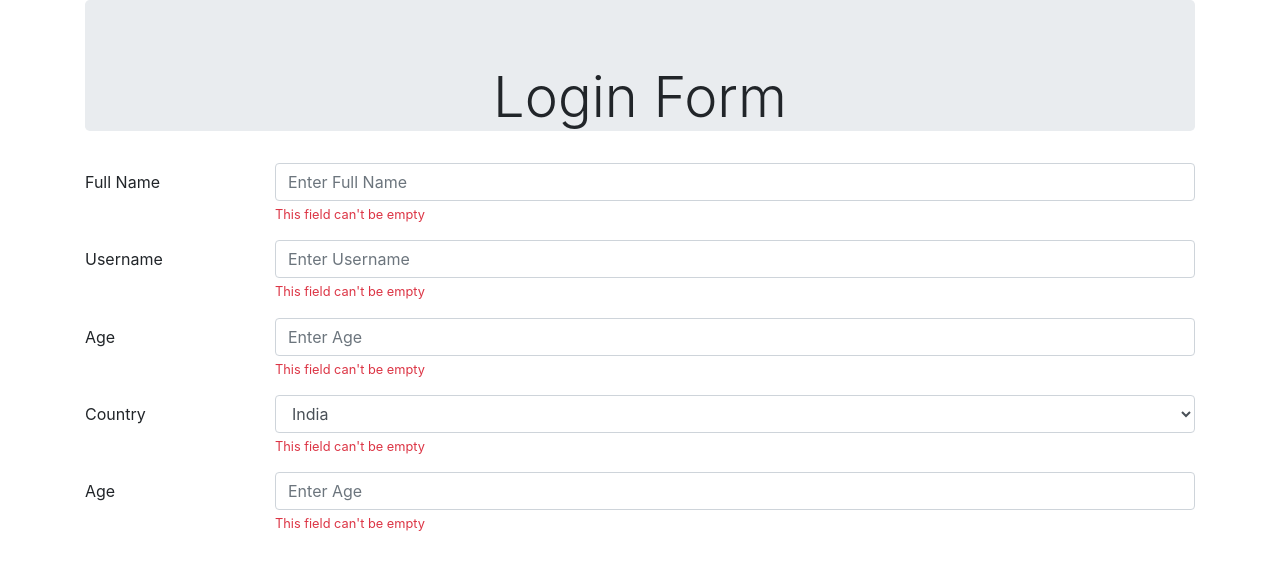
Repository: amar468S/Ng-templateDrivenForm
Page: /
An editor plug-in stored every save of this project. The page is shown before and after the next save, followed by the edit.
The browser window is 1280 px wide. The pictures show the whole page.
Some web libraries are served in a nearby version. The project was rebuilt for these pictures with package versions that can differ from the ones it lists, and the page was loaded fresh each time. Also part of the build but not shown: angular.json.

Above is the page before, as saved 2019-02-03 15:53:07.

After the next save:
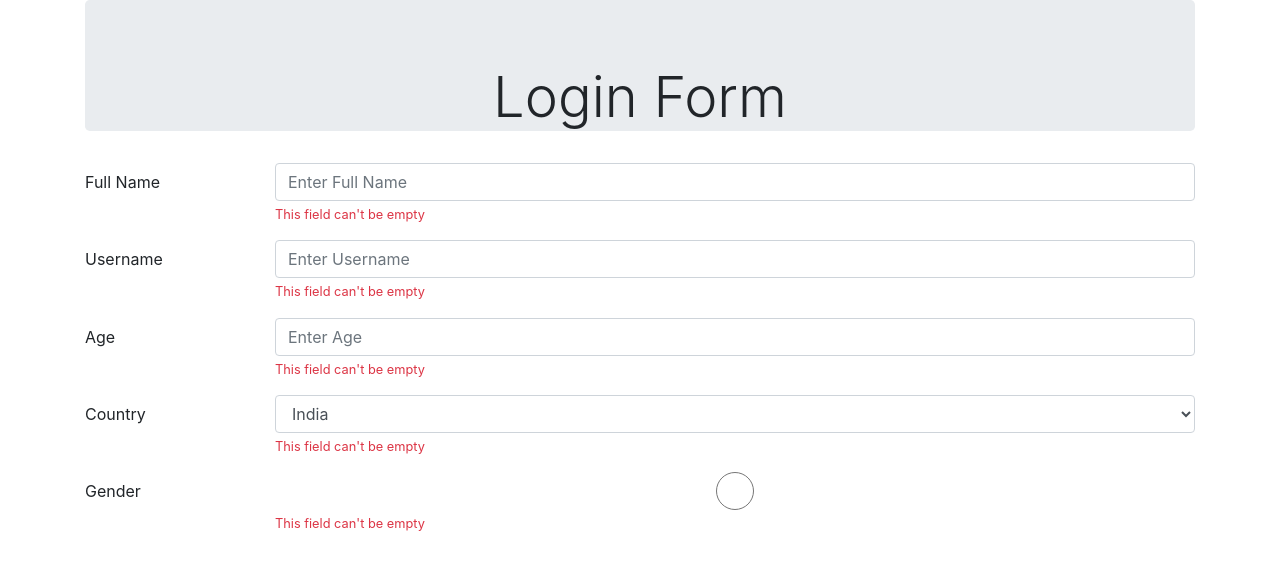
Saved 35 s later.
--- a/src/app/app.component.html
+++ b/src/app/app.component.html
@@ -38,9 +38,9 @@
           </div>
       </div>
       <div class="form-group row">
-          <label class="col-sm-2 col-form-label">Age</label>
+          <label class="col-sm-2 col-form-label">Gender</label>
           <div class="col-sm-10">
-            <input type="number" class="form-control" placeholder="Enter Age">
+            <input type="radio" class="form-control">
             <small class="form-text text-danger">This field can't be empty</small>
           </div>
       </div>
